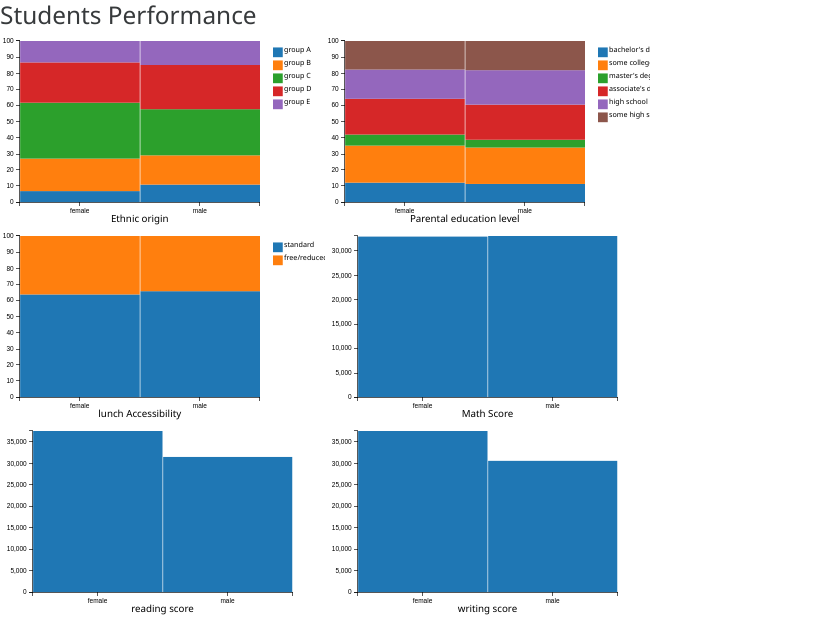
Repository: Baal89/second-milestone-project
Page: index.html
The author's editor kept a record of every edit. The page is drawn from the files as they stood at one moment, then again after the next edit.
The browser window is 1280 px wide. The pictures show the whole page, at 65% of full size.

Above is the page before.
Console error: TypeError: Cannot read properties of null (reading 'textContent')

After the next edit:
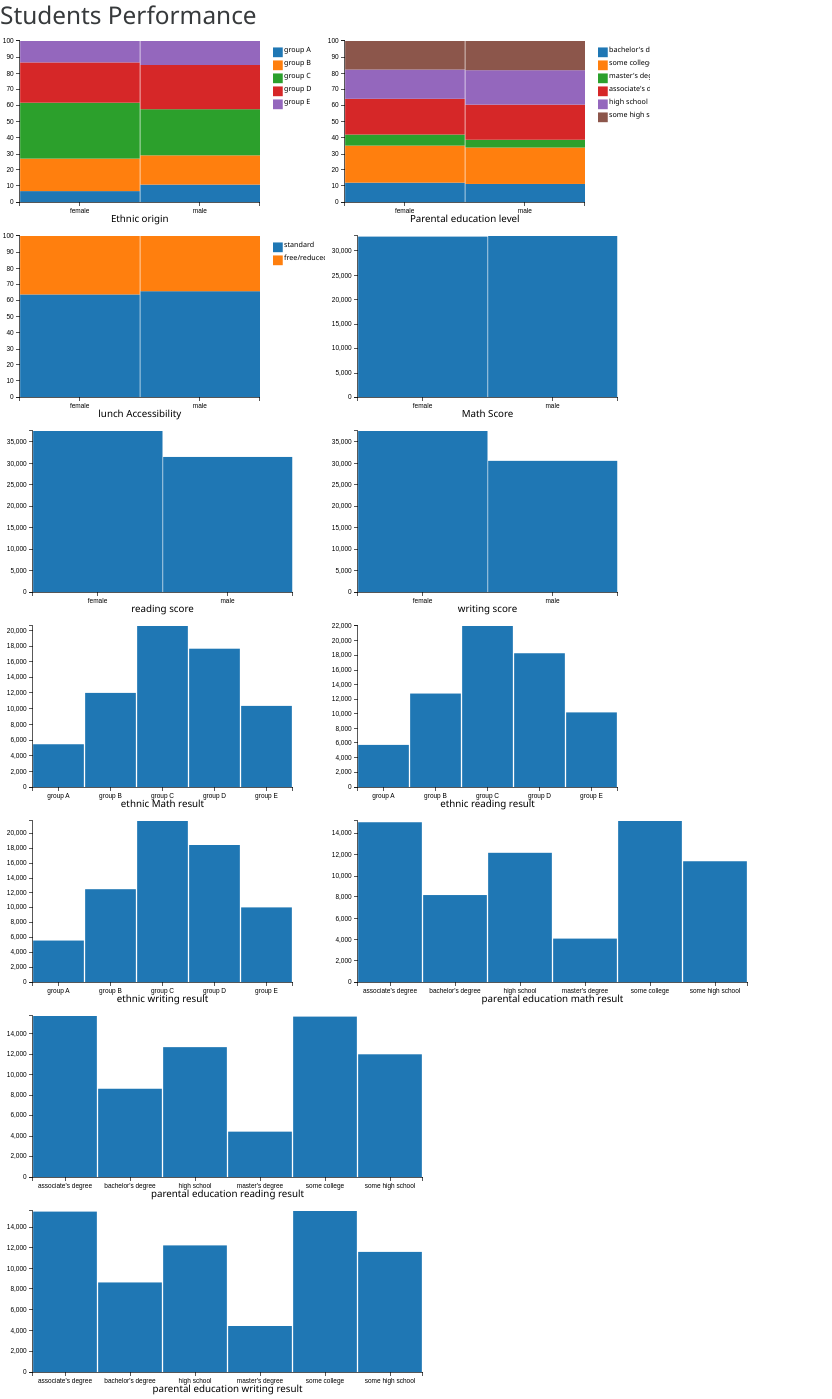
The error is gone.
The edit:
--- a/index.html
+++ b/index.html
@@ -34,5 +34,17 @@
 
         <div id="writing-performance"></div>
 
+        <div id="ethnic-math-result"></div>
+
+        <div id="ethnic-reading-result"></div>
+
+        <div id="ethnic-writing-result"></div>
+
+        <div id="parental-education-math"></div>
+
+        <div id="parental-education-reading"></div>
+
+        <div id="parental-education-writing"></div>
+
     </body>
 </html>
